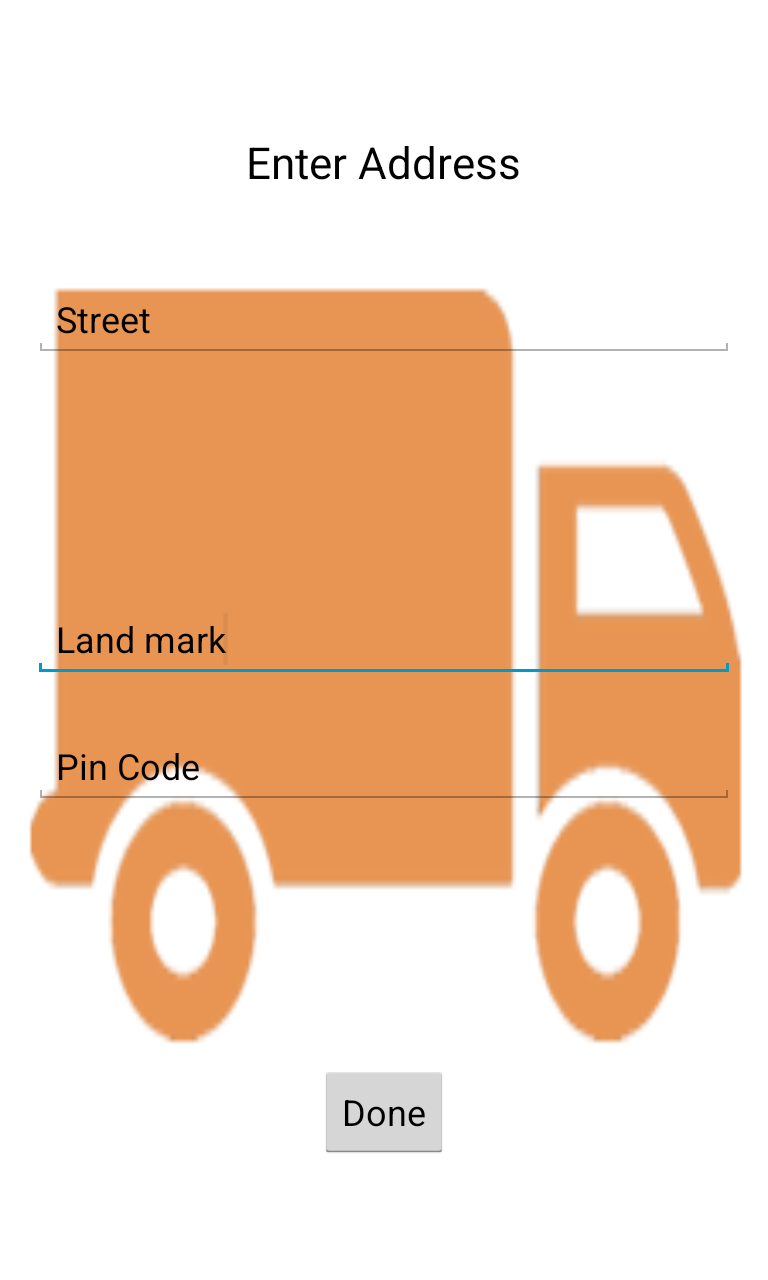
Repository: Shruthi06/designed-droid
Layout: explicitIntent_assignment/res/layout/activity_shipping_address.xml
These files come from the project's save history. The layout is drawn as it stood at one moment and after the next save; the edit follows.
It is drawn on a 768 x 1280 px phone screen (xhdpi) without system bars, with theme AppTheme; the app's code is not run.

Above is the layout before, as saved 2016-02-03 11:16:13.

After the next save:
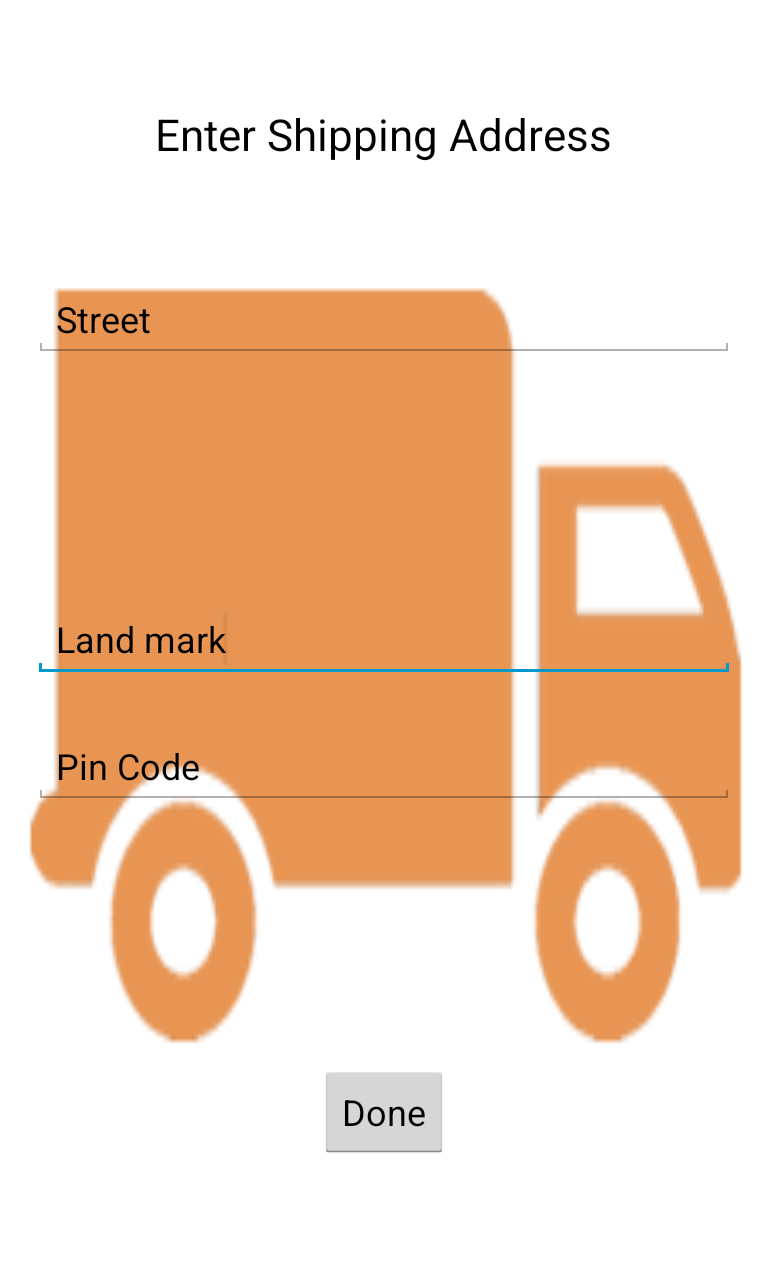
Saved 104 s later.
--- a/explicitIntent_assignment/res/layout/activity_shipping_address.xml
+++ b/explicitIntent_assignment/res/layout/activity_shipping_address.xml
@@ -60,8 +60,8 @@
         android:layout_height="wrap_content"
         android:layout_alignParentTop="true"
         android:layout_centerHorizontal="true"
-        android:layout_marginTop="50dp"
-        android:text="Enter Address"
+        android:layout_marginTop="36dp"
+        android:text="Enter Shipping Address"
         android:textAppearance="?android:attr/textAppearanceLarge" />
 
 </RelativeLayout>
